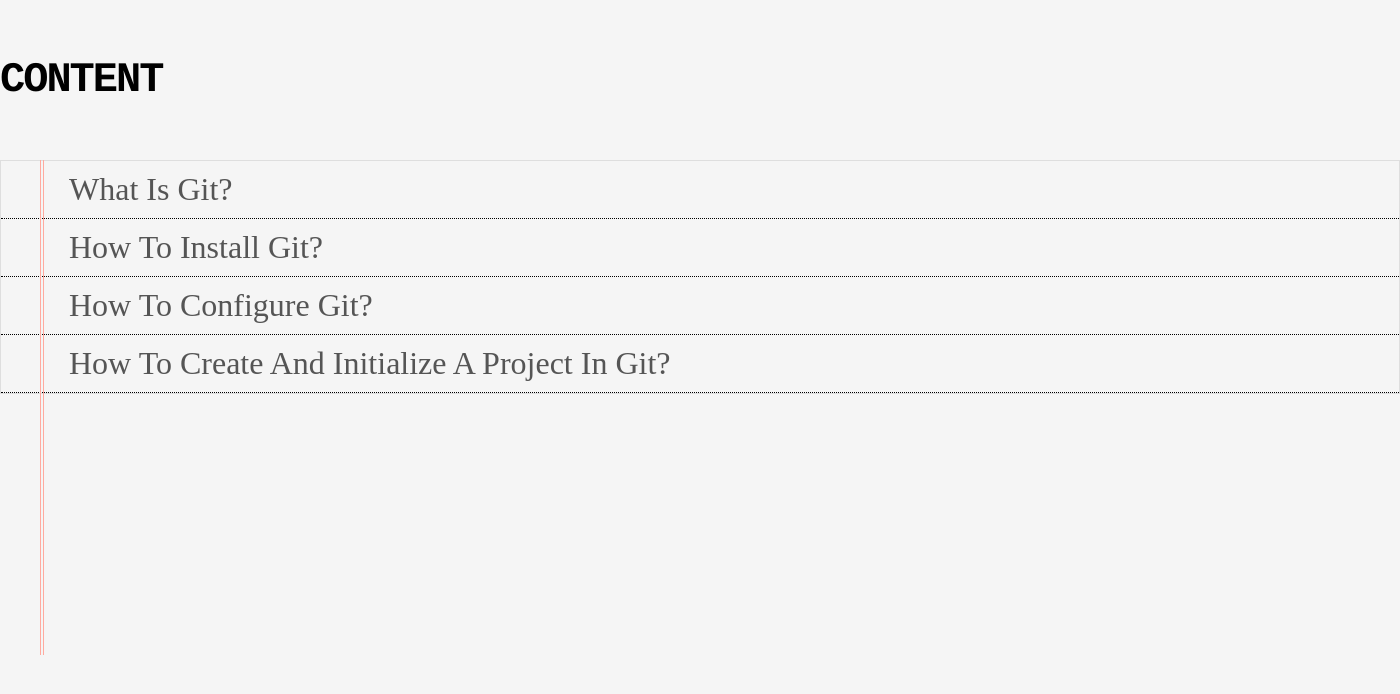
Repository: dev-singh-kanyal/Archive-git_github
Page: index.html
An editor plug-in stored every save of this project. The page is shown before and after a run of saves, followed by the edit.
The browser window is 1280 px wide. The page is 1400 px wide, so the pictures cover 1400 px, including what lies to the right of the window. The pictures show the whole page.
Some web fonts or font styles are not loaded; a fallback is used.

Above is the page before, as saved 2022-06-24 15:56:24.

### index.html
<!DOCTYPE HTML>
<html>

<head>
   <meta charset="UTF-8">
   <title>Dev's Notebook</title>
   <link rel="stylesheet" href="style.css">
   <link href="https://fonts.googleapis.com/css2?family=Reenie+Beanie&display=swap" rel="stylesheet">
</head>

<body>

    <h4>CONTENT</h4>

    <div class="lines"></div>

    <ul class="list">
      <li><a href="/src/what is git.html">What is Git?</a></li>
      <li><a href="/src/How to install Git.html">How to install Git?</a></li>
      <li><a href="/src/How to configure Git.html">How to configure Git?</a></li>
      <li><a href="/src/How to Create and Initialize a Project in Git.html">How to Create and Initialize a Project in Git?</a></li>
      <!-- <li><a href="/src/what is git.html">What is Git?</a></li> -->

    </ul>

</body>
</html>

### style.css
body {
    background-color: #f5f5f5;
    width: 1400px;
    margin: 0 auto;
    padding: 0;
  }
  h4 {
    color: #000000;
    font-size: 42px;
    letter-spacing: -2px;
    font-family: courier, monospace;
    text-align: left;
  }
  a {
    text-decoration: none;
    color: inherit;
  }
  .list {
    color: #555;
    /* font-size: 22px; */
    padding: 0 !important;
    width: auto;
    font-family: 'Reenie Beanie';
    font-size: 2rem;
    border: 1px solid #dedede;
  }
  .list li {
    list-style: none;
    border-bottom: 1px dotted rgb(0, 0, 0);
    text-indent: 25px;
    height: auto;
    padding: 10px;
    text-transform: capitalize;
  }
  .list li:hover {
    background-color: #f0f0f0;
    -webkit-transition: all 0.2s;
    -moz-transition:    all 0.2s;
    -ms-transition:     all 0.2s;
    -o-transition:      all 0.2s;
  }
  .lines {
    border-left: 1px solid #ffaa9f;
    border-right: 1px solid #ffaa9f;
    width: 2px;
    float: left;
    height: 495px;
    margin-left: 40px;
  }

After the next 2 saves:
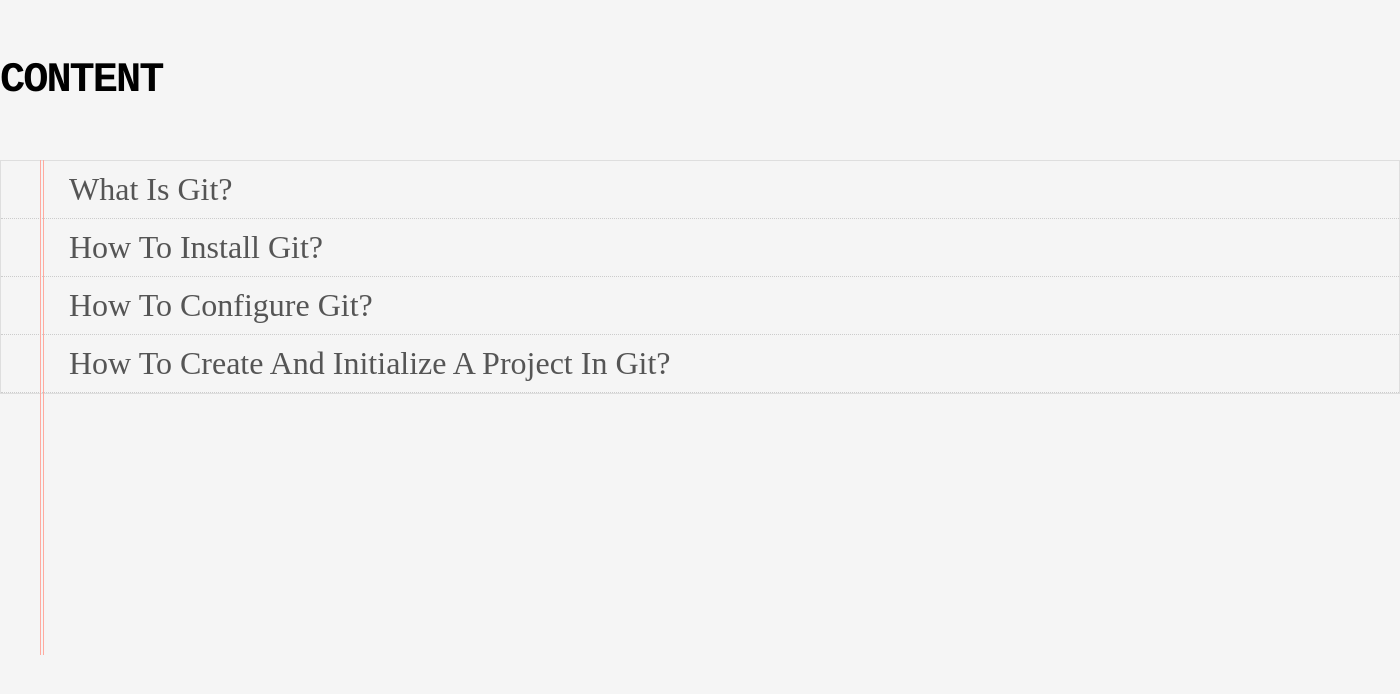
The 2 saves are shown as one change because they came seconds apart.
The last was saved 9 s later.
--- a/style.css
+++ b/style.css
@@ -26,7 +26,7 @@
   }
   .list li {
     list-style: none;
-    border-bottom: 1px dotted rgb(0, 0, 0);
+    border-bottom: 1px dotted #ccc;
     text-indent: 25px;
     height: auto;
     padding: 10px;
